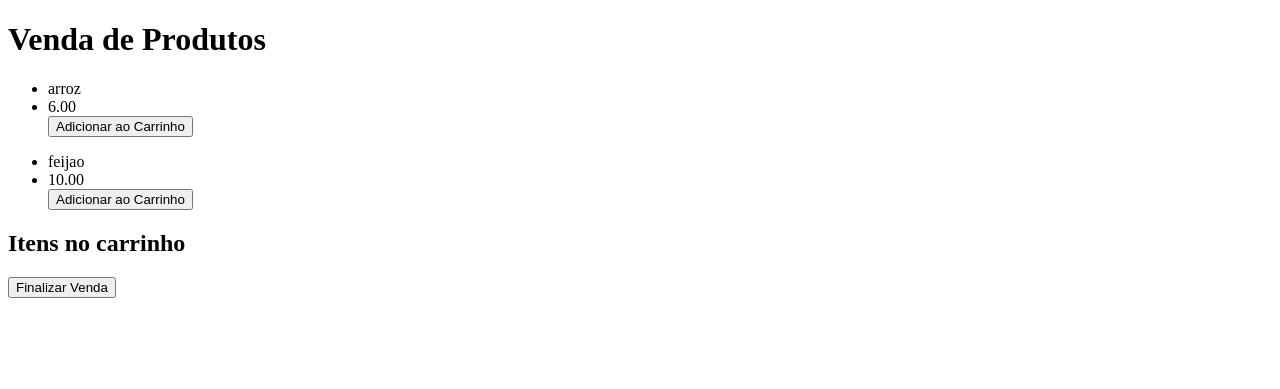
Repository: joaobatistafrontend/test-venda
Page: http://localhost/
The author's editor kept a copy of each file at every save. The page is drawn from the files as they stood at one save, then again after the next save.
The browser window is 1280 px wide. The pictures show the whole page.
The page is served by the project's application, run on Django 4.2 (manage.py). Other server files are loaded and not shown. The page reads the database file committed with the project. Queries for data that is not in the repository find no rows.

Above is the page before, as saved 2024-09-23 01:04:33.

### templates/venda.html
<!DOCTYPE html>
<html lang="en">
<head>
    <meta charset="UTF-8">
    <meta name="viewport" content="width=device-width, initial-scale=1.0">
    <title>Venda de Produtos</title>
</head>
<body>
    <h1>Venda de Produtos</h1>

    <!-- Exibição dos produtos disponíveis -->
    {% for p in produtos %}
        <ul>
            <li>{{ p.nome }}</li>
            <li>{{ p.valor }}</li>

            <!-- Formulário para adicionar o produto ao carrinho -->
            <form action="" method="post">
                {% csrf_token %}
                <input type="hidden" name="produto_id" value="{{ p.id }}">
                <button class="btn btn-primary" type="submit">Adicionar ao Carrinho</button>
            </form>
        </ul>
    {% endfor %}

    <!-- Exibição do conteúdo do carrinho -->
    <h2>Itens no carrinho</h2>
    <ul>
        {% for item in item %}
            <li>{{ item.produto }} - {{ item.quantidade }} unidades - Total: R${{ item.preco_total }}</li>
        {% endfor %}
    </ul>

    <!-- Botão para finalizar a venda -->
    <form action="{% url 'finalizar_venda' %}" method="post">
        {% csrf_token %}
        <button type="submit" class="btn btn-success">Finalizar Venda</button>
    </form>

</body>
</html>

### core/models.py
from django.db import models
from django.db.models import Max
from decimal import Decimal
from django.db.models.signals import pre_save
from django.dispatch import receiver
from datetime import date
from django.utils import timezone


class NovaCategoria(models.Model):
    nome = models.CharField(max_length=100)
    def __str__(self) -> str:
        return f'{self.nome}'


class Produto(models.Model):
    nome = models.CharField(max_length=100, blank=True, null=True)
    valor = models.DecimalField(max_digits=10, decimal_places=2, blank=True, null=True)
    tipo_categoria = models.ForeignKey(NovaCategoria, on_delete=models.CASCADE)

    def __str__(self):
        return f"{self.nome} x {self.valor}"


class ItemDoCarrinho(models.Model):
    produto = models.ForeignKey(Produto, on_delete=models.CASCADE)
    quantidade = models.PositiveIntegerField(default=0)
    preco_total = models.DecimalField(max_digits=10, decimal_places=2, null=True, blank=True)

    def save(self, *args, **kwargs):
        # Calcula o preço total do item no carrinho com base no valor do produto
        self.preco_total = self.produto.valor * self.quantidade
        super(ItemDoCarrinho, self).save(*args, **kwargs)

    def __str__(self):
        return f"{self.quantidade} x {self.produto.nome}"

class Carrinho(models.Model):

    produto = models.ForeignKey(Produto, on_delete=models.CASCADE)
    quantidade = models.IntegerField(default=1)

    def save(self, *args, **kwargs):
        # Calcula o preço total do item no carrinho com base no valor do produto
        self.preco_total = self.produto.valor * self.quantidade
        super(Carrinho, self).save(*args, **kwargs)

    def __str__(self):
        return f"{self.quantidade} x {self.produto.nome}"


class Venda(models.Model):
    numero_venda = models.IntegerField()
    data_venda = models.DateField(default=date.today)

    def __str__(self):
        return f"Venda #{self.numero_venda} - {self.data_venda}"


class VendaDoProduto(models.Model):
    venda = models.ForeignKey(Venda, on_delete=models.CASCADE, related_name='itens', blank=True, null=True)
    produto = models.ForeignKey(Produto, on_delete=models.CASCADE)
    qtd = models.IntegerField(blank=True, null=True)
    data_venda = models.DateField()  # Remova auto_now_add=True
    total = models.DecimalField(max_digits=10, decimal_places=2, blank=True, null=True)

    def __str__(self):
        return f"Venda {self.venda} - Produto {self.produto.nome} - {self.qtd} unidades - Total: R${self.total} - Data {self.data_venda}"




# Função que será chamada antes de salvar uma instância de VendaDoProduto
@receiver(pre_save, sender=VendaDoProduto)
def update_total(sender, instance, **kwargs):
    # Verifica se o produto e a quantidade não são nulos e calcula o total
    if instance.produto.valor and instance.qtd:
        instance.total = instance.produto.valor * instance.qtd
    else:
        instance.total = 0  # Define total como 0 se valor ou qtd forem nulos

### core/venda.py
from django.shortcuts import render, redirect
from django.views.generic import TemplateView
from .models import Produto, Carrinho, ItemDoCarrinho, Venda, VendaDoProduto
from django.utils import timezone

class VendaView(TemplateView):
    template_name = 'venda.html'

    def get(self, request):
        produtos = Produto.objects.all()
        carrinho = Carrinho.objects.all()  # Pega os itens do carrinho
        item = ItemDoCarrinho.objects.all()

        total = sum(item.preco_total for item in carrinho)

        # Criar uma venda ou pegar uma venda existente (substitua pela lógica necessária)
        venda_atual = Venda.objects.first()  # Exemplo de pegar a primeira venda. Isso dependerá da sua lógica de fluxo.

        # Pegar todos os produtos associados a essa venda
        itens_venda = VendaDoProduto.objects.filter(venda=venda_atual)

        # Calcular o total da venda somando os totais de cada item da venda
        total_venda = sum(item.total for item in itens_venda)



        return render(request, self.template_name, {
            'produtos': produtos,
            'carrinho': carrinho,
            'total_venda': total_venda,
            'venda': venda_atual,
            'itens_venda': itens_venda,
        })
    def post(self, request):
        # Quando o botão "Adicionar ao Carrinho" for pressionado
        produto_id = request.POST.get('produto_id')
        produto = Produto.objects.get(id=produto_id)

        # Adiciona ou atualiza o produto no carrinho
        carrinho_item, created = ItemDoCarrinho.objects.get_or_create(produto=produto)
        if not created:
            carrinho_item.quantidade += 1  # Incrementa a quantidade se o item já estiver no carrinho
        carrinho_item.save()

        # Redireciona para a mesma página após adicionar o produto
        return redirect('venda')

# Função para finalizar a venda e criar a instância de Venda e VendaDoProduto
def finalizar_venda(request):
    itens_do_carrinho = ItemDoCarrinho.objects.all()

    if itens_do_carrinho.exists():
        # Criar uma nova venda
        nova_venda = Venda.objects.create(numero_venda=get_proximo_numero_venda(), data_venda=timezone.now())

        # Para cada item no carrinho, cria um VendaDoProduto
        for item in itens_do_carrinho:
            VendaDoProduto.objects.create(
                venda=nova_venda,
                produto=item.produto,
                qtd=item.quantidade,
                data_venda=timezone.now(),
                total=item.preco_total
            )

        # Limpa o carrinho após a venda
        itens_do_carrinho.delete()

    return redirect('venda_sucesso')  # Redireciona para uma página de sucesso

def get_proximo_numero_venda():
    ultima_venda = Venda.objects.aggregate(Max('numero_venda'))
    proximo_numero = (ultima_venda['numero_venda__max'] or 0) + 1
    return proximo_numero

### venda/urls.py
"""
URL configuration for venda project.

The `urlpatterns` list routes URLs to views. For more information please see:
    https://docs.djangoproject.com/en/4.2/topics/http/urls/
Examples:
Function views
    1. Add an import:  from my_app import views
    2. Add a URL to urlpatterns:  path('', views.home, name='home')
Class-based views
    1. Add an import:  from other_app.views import Home
    2. Add a URL to urlpatterns:  path('', Home.as_view(), name='home')
Including another URLconf
    1. Import the include() function: from django.urls import include, path
    2. Add a URL to urlpatterns:  path('blog/', include('blog.urls'))
"""
from django.contrib import admin
from django.urls import path, include

urlpatterns = [
    path('admin/', admin.site.urls),
    path('', include('core.urls')),
]

### core/urls.py
from django.urls import path
from .views import *
from .venda import *

urlpatterns = [
    path('i', VendaView.as_view(), name='venda'),
    path('', VendaView.as_view(), name='venda'),
    path('finalizar/', finalizar_venda, name='finalizar_venda'),




    path('adicionar/<int:produto_id>/', adicionar_ao_carrinho, name='adicionar_ao_carrinho'),
    path('add_prod_carrinho/<int:produto_id>/', adicionar_no_carrinho, name='adicionar_no_carrinho'),
    path('remover_prod_carrinho/<int:produto_id>/', remover_do_carrinho, name='remover_do_carrinho'),
    path('remover_todos_do_carrinho/<int:produto_id>/', remover_todos_do_carrinho, name='remover_todos_do_carrinho'),

]

### db.sqlite3 (the tables this page reads, as SQL)
CREATE TABLE "core_produto" ("id" integer NOT NULL PRIMARY KEY AUTOINCREMENT, "nome" varchar(100) NULL, "valor" decimal NULL, "tipo_categoria_id" bigint NOT NULL REFERENCES "core_novacategoria" ("id") DEFERRABLE INITIALLY DEFERRED);
INSERT INTO "core_produto" VALUES
(1, 'arroz', 6, 1),
(2, 'feijao', 10, 1);

CREATE TABLE "core_venda" ("id" integer NOT NULL PRIMARY KEY AUTOINCREMENT, "numero_venda" integer NOT NULL, "data_venda" date NOT NULL);
INSERT INTO "core_venda" VALUES
(2, 1, '2024-09-23');

CREATE TABLE "core_vendadoproduto" ("id" integer NOT NULL PRIMARY KEY AUTOINCREMENT, "qtd" integer NULL, "data_venda" date NOT NULL, "total" decimal NULL, "produto_id" bigint NOT NULL REFERENCES "core_produto" ("id") DEFERRABLE INITIALLY DEFERRED, "venda_id" bigint NULL REFERENCES "core_venda" ("id") DEFERRABLE INITIALLY DEFERRED);
INSERT INTO "core_vendadoproduto" VALUES
(1, 12, '2024-09-23', 120, 2, 2),
(2, 7, '2024-09-23', 42, 1, 2);

After the next save:
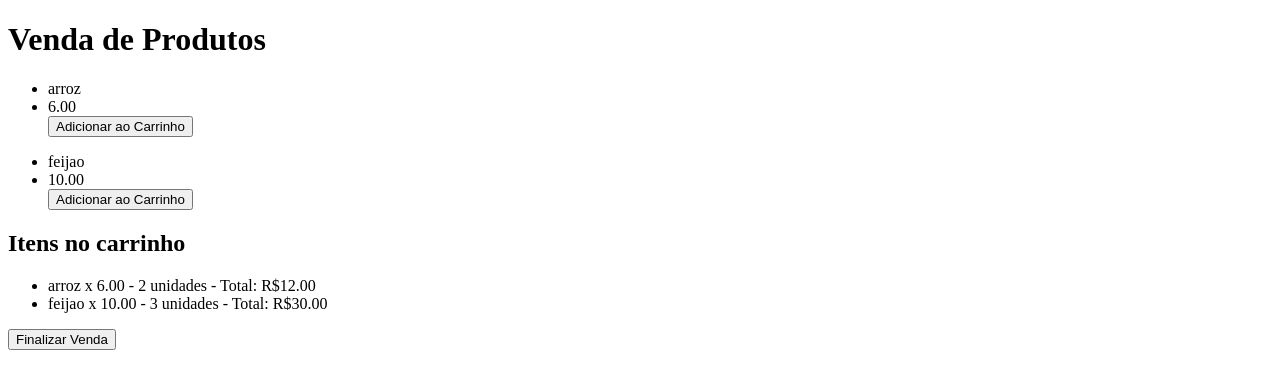
Saved 4 s later.
--- a/core/venda.py
+++ b/core/venda.py
@@ -13,24 +13,10 @@ class VendaView(TemplateView):
 
         total = sum(item.preco_total for item in carrinho)
 
-        # Criar uma venda ou pegar uma venda existente (substitua pela lógica necessária)
-        venda_atual = Venda.objects.first()  # Exemplo de pegar a primeira venda. Isso dependerá da sua lógica de fluxo.
-
-        # Pegar todos os produtos associados a essa venda
-        itens_venda = VendaDoProduto.objects.filter(venda=venda_atual)
-
-        # Calcular o total da venda somando os totais de cada item da venda
-        total_venda = sum(item.total for item in itens_venda)
 
 
+        return render(request, self.template_name, {'produtos': produtos, 'carrinho': carrinho, 'item' : item})
 
-        return render(request, self.template_name, {
-            'produtos': produtos,
-            'carrinho': carrinho,
-            'total_venda': total_venda,
-            'venda': venda_atual,
-            'itens_venda': itens_venda,
-        })
     def post(self, request):
         # Quando o botão "Adicionar ao Carrinho" for pressionado
         produto_id = request.POST.get('produto_id')
